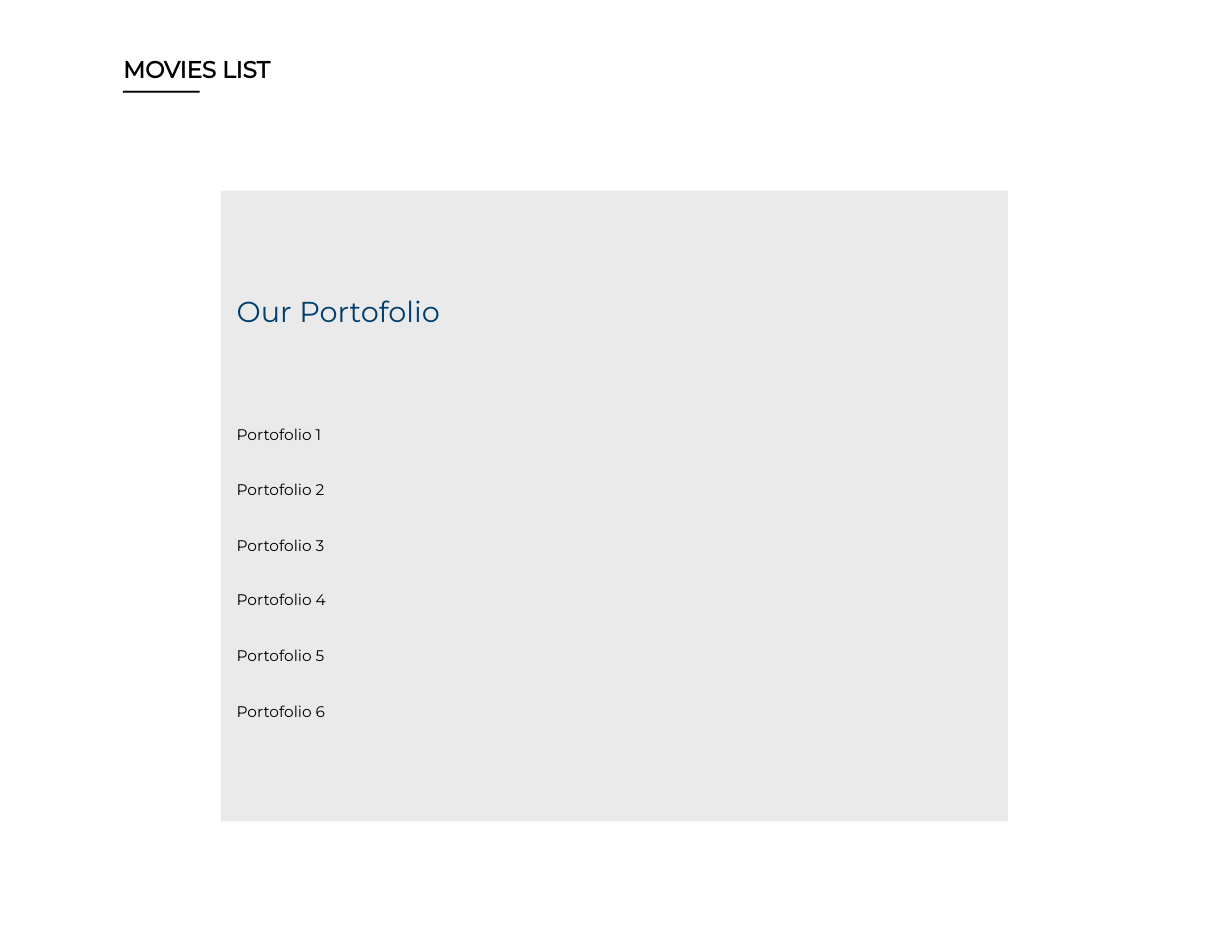
Repository: Ryuzuky07/expweb_movie
Page: HTML/movie1.html
These files come from the project's save history. The page is drawn as it stood at one moment and after a run of saves; the edit follows.
The browser window is 1280 px wide. The pictures show the part of the page from y = 761 to 1745 px (the page is 1745 px tall before and 1331 px after), at 96% of full size.
Some web libraries are served in a nearby version.

Above is the page before, as saved 2021-11-26 11:50:45.
Console error: TypeError: Cannot read properties of undefined (reading 'style')
Not found: TempatFoto/yellow.jpg

After the next 2 saves:
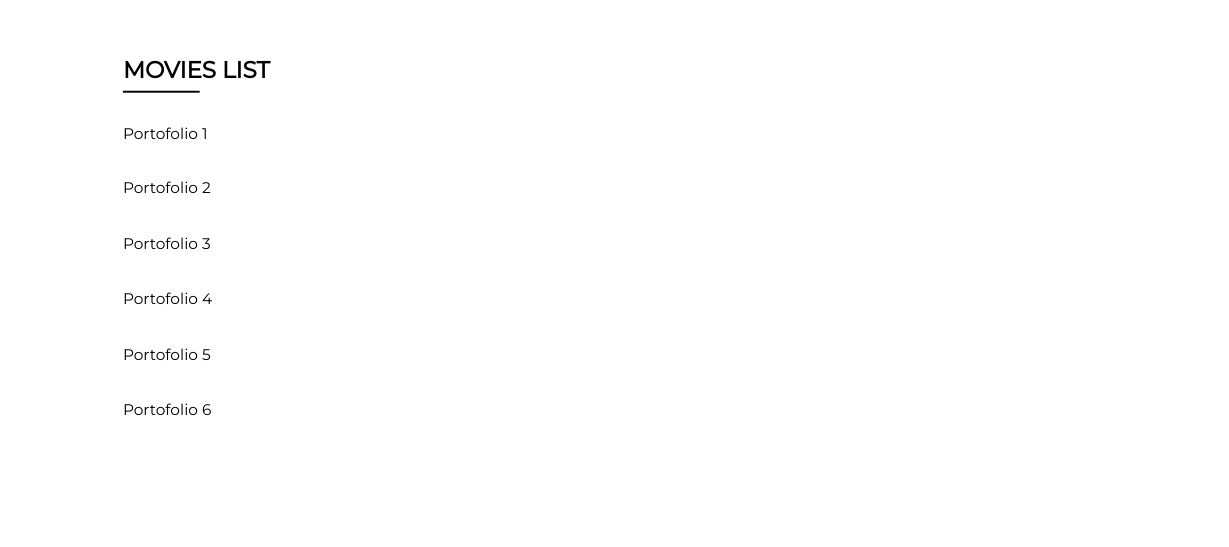
The 2 saves are shown as one change because they came seconds apart.
The last was saved 7 s later.
--- a/HTML/movie1.html
+++ b/HTML/movie1.html
@@ -81,9 +81,7 @@
             <div class="garis"></div>
 
             <section >
-                <div class="container" id="about" style="padding: 100px 16px; background-color: #EAEAEA;">
-                <h1 class="exp-center" style="font-size: 30px; font-family: 'Montserrat', sans-serif; font-weight: 400; color: #003F6D;">Our Portofolio</h1>
-                <br> <br>
+
 
 
                 <div class="porto">
